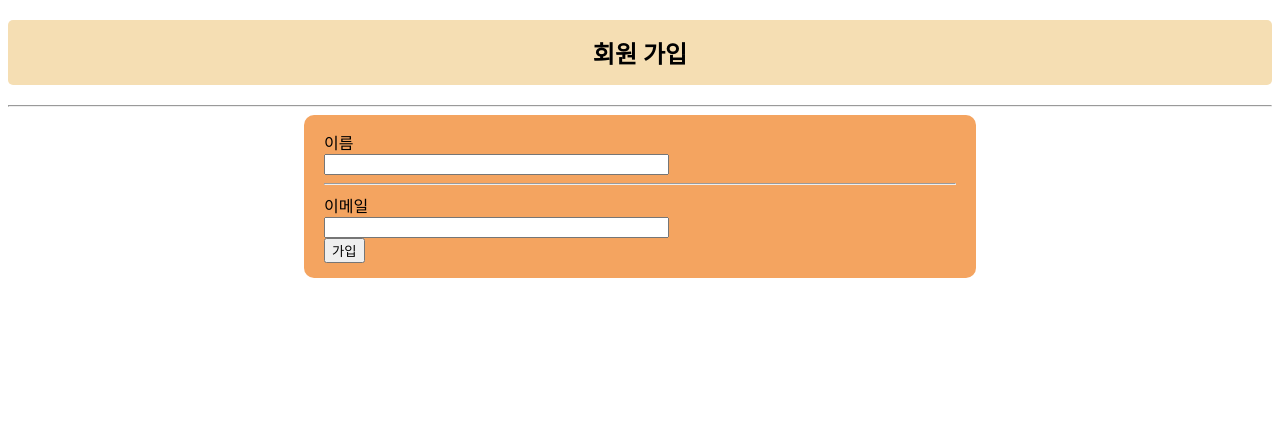
Repository: gold9387/jwbook
Page: jwbook/src/main/webapp/ch03/regform.html
The author's editor kept a copy of each file at every save. The page is drawn from the files as they stood at one save, then again after the next save.
The browser window is 1280 px wide. The pictures show the whole page.

Above is the page before, as saved 2023-06-05 11:33:17.

### jwbook/src/main/webapp/ch03/regform.html
<!DOCTYPE html>
<html>
<head>
<meta charset="UTF-8">
<title>회원 가입 폼 만들기 예제</title>
<style> /* CSS 정의 */
h2 {
	border-radius: 5px;
	background-color: wheat;
	text-align: center;
	padding: 15px 0;
}

#regform {
	padding: 15px 20px;
	border-radius: 10px;
	margin: auto;
	width: 50%;
	background-color: SandyBrown;
}
</style>
<script>
	function signUp() {
		alert("정말로 가입하시겠습까?");
		document.getElementById("regform").style.display = "none";
		document.getElementById("rname").innerHTML = document.form1.name.value;
		document.getElementById("remail").innerHTML = document.form1.email.value;
		document.getElementById("result").setAttribute("style", "display:block; background-color:Khaki;");
	}
</script>
</head>
<body> <!-- HTML 정의 -->
	<h2>회원 가입</h2>
	<hr />
	<div id="regform">
		<form name="form1">
			<label>이름</label><br /> <input type="text" name="name" size="40" /><br />
			<hr />
			<label>이메일</label><br /> <input type="text" name="email" size="40" /><br />
			<button type="button" onClick="signUp()">가입</button>
		</form>
	</div>
</body>
</html>

After the next save:
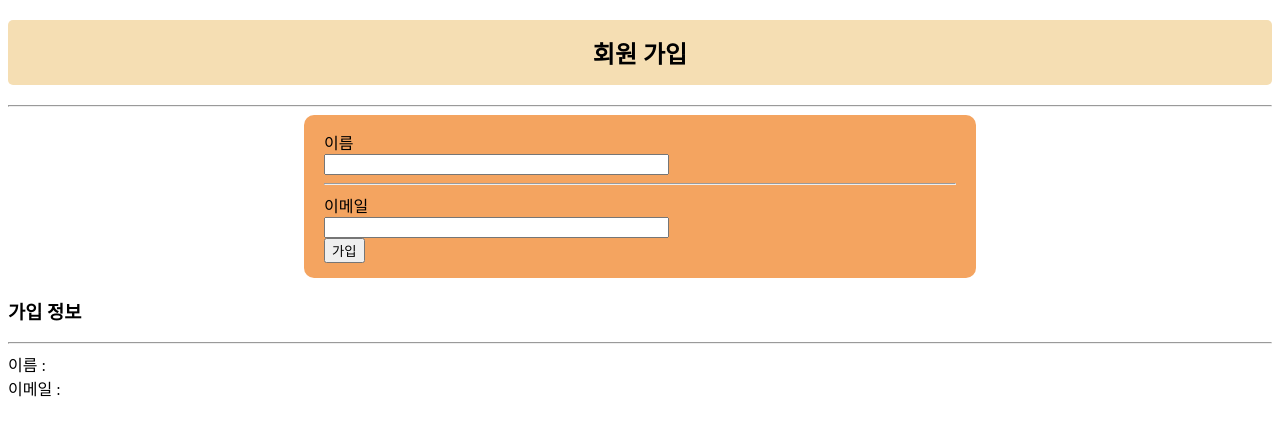
Saved 87 s later.
--- a/jwbook/src/main/webapp/ch03/regform.html
+++ b/jwbook/src/main/webapp/ch03/regform.html
@@ -25,11 +25,13 @@
 		document.getElementById("regform").style.display = "none";
 		document.getElementById("rname").innerHTML = document.form1.name.value;
 		document.getElementById("remail").innerHTML = document.form1.email.value;
-		document.getElementById("result").setAttribute("style", "display:block; background-color:Khaki;");
+		document.getElementById("result").setAttribute("style",
+				"display:block; background-color:Khaki;");
 	}
 </script>
 </head>
-<body> <!-- HTML 정의 -->
+<body>
+	<!-- HTML 정의 -->
 	<h2>회원 가입</h2>
 	<hr />
 	<div id="regform">
@@ -40,5 +42,11 @@
 			<button type="button" onClick="signUp()">가입</button>
 		</form>
 	</div>
+	<div id="result" class="result">
+		<h3>가입 정보</h3>
+		<hr />
+		이름 : <span id="rname"></span><br />
+		이메일 : <span id="remail"></span><br />
+	</div>
 </body>
 </html>

After the 2 saves that followed:
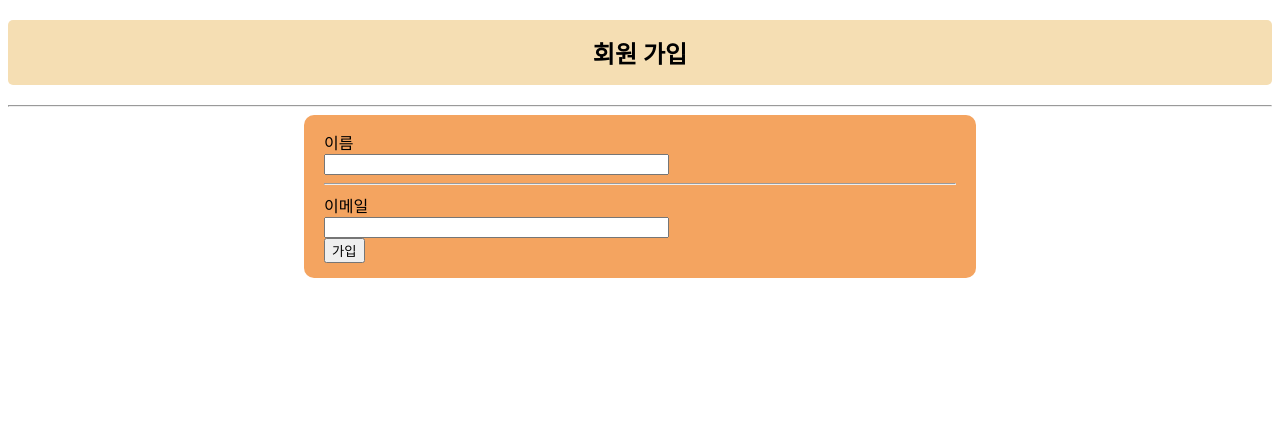
The 2 saves are shown as one change because they came seconds apart.
The last was saved 42 s later.
--- a/jwbook/src/main/webapp/ch03/regform.html
+++ b/jwbook/src/main/webapp/ch03/regform.html
@@ -45,8 +45,10 @@
 	<div id="result" class="result">
 		<h3>가입 정보</h3>
 		<hr />
-		이름 : <span id="rname"></span><br />
-		이메일 : <span id="remail"></span><br />
+		이름 : <span id="rname"></span><br /> 이메일 : <span id="remail"></span><br />
 	</div>
+	<script>
+		document.getElementById("result").style.display = "none";
+	</script>
 </body>
 </html>
